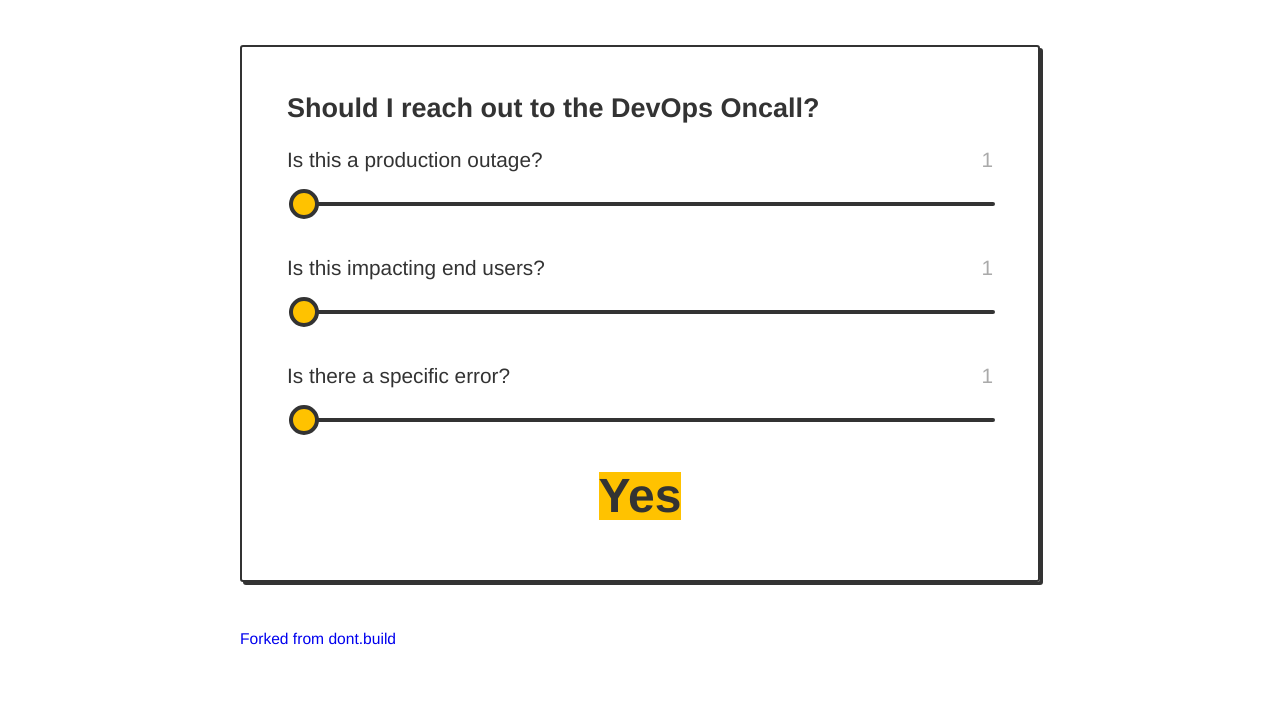
Repository: harishbsrinivas/dont.call
Page: index.html
The author's editor kept a copy of each file at every save. The page is drawn from the files as they stood at one save, then again after the next save.
The browser window is 1280 px wide. The pictures show the whole page.

Above is the page before, as saved 2022-12-03 18:56:34.
Console error: TypeError: Cannot set properties of null (setting 'value')

After the next save:
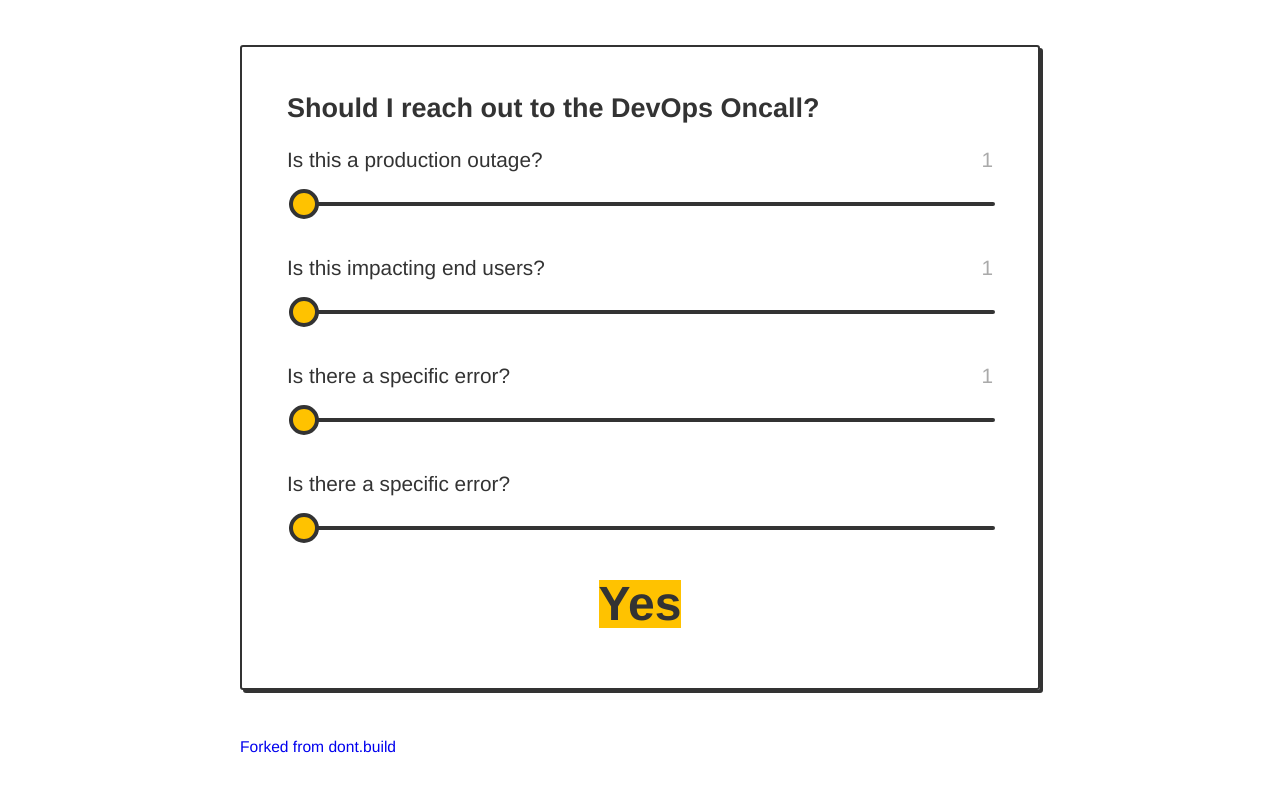
Saved 9 s later.
--- a/index.html
+++ b/index.html
@@ -28,6 +28,11 @@
                     <span class="value"></span>
                     <label>Is this impacting end users?</label>
                     <input type="range" min="1" max="3" step="1" value="1" />
+                </fieldset>
+                <fieldset class="p-ticket">
+                    <span class="value"></span>
+                    <label>Is there a specific error?</label>
+                    <input type="range" min="1" max="2" step="1" value="1" />
                 </fieldset>
                 <fieldset class="p-ticket">
                     <span class="value"></span>
